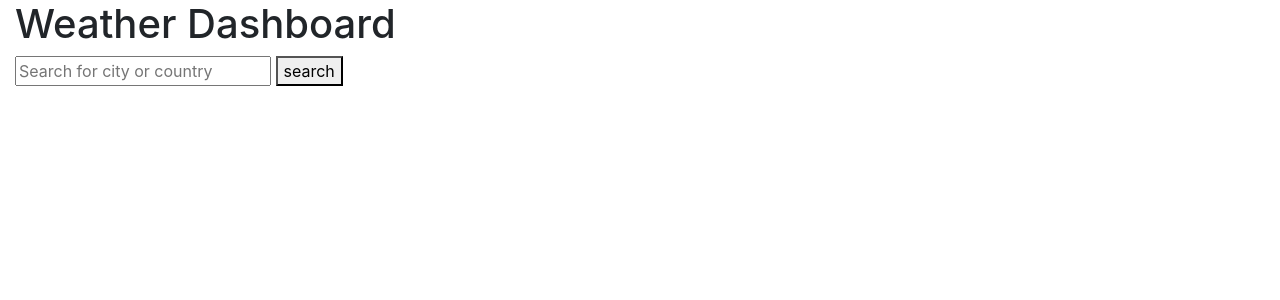
Repository: cobalt88/weather-forecast-app
Page: index.html
The author's editor kept a copy of each file at every save. The page is drawn from the files as they stood at one save, then again after the next save.
The browser window is 1280 px wide. The pictures show the whole page.
Some web libraries are served in a nearby version.

Above is the page before, as saved 2022-04-03 17:29:59.

After the next save:
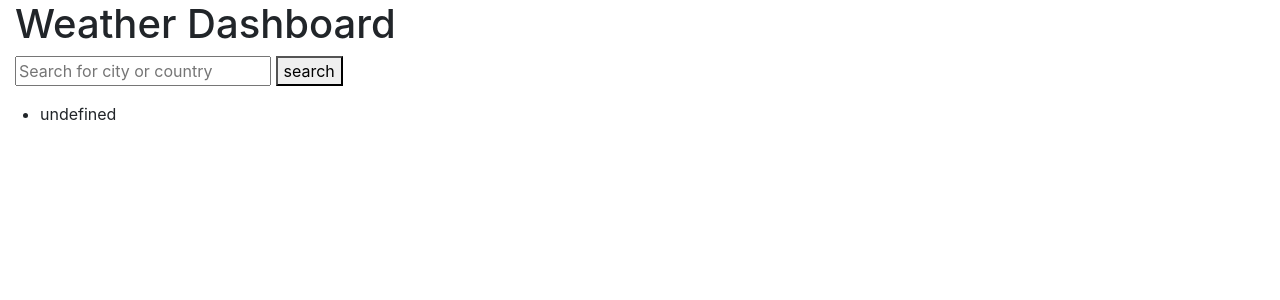
Saved 3 s later.
--- a/logic_2.js
+++ b/logic_2.js
@@ -9,6 +9,7 @@ var lon = '';
 var forecastContainer = document.getElementById('5-day-container');
 var currentDay = document.getElementById('current-day')
 var searchHistoryArr = [];
+var historyContainer = document.getElementById("history");
 
 
 function geoLocate() {
@@ -143,28 +144,19 @@ function loadStorage() {
 }
 
 function storage() {
- ;
-
-  // var y = 'searchHistory';
   var x = JSON.stringify(searchHistoryArr);
   localStorage.setItem('searchHistory', x);
-  // let tempArr = [];
-  // let history = JSON.parse(localStorage.getItem('searchHistory'))
-
-  // tempArr.push(history);
-
-  // tempArr.push(searchInput);
-  // tempArr.push(searchHistoryArr);
-  // tempArr.push(history);
-
-  // localStorage.setItem('searchHistory', tempArr.toString);
-  // let newData = JSON.parse(localStorage.getItem('searchHistory'));
-  // tempArr.push(newData);
-  // searchHistoryArr = tempArr;
   console.log(x);
 }
 
-
+function displayHistory() {
+  for(i=0;i<5;i++)
+  var text = searchHistoryArr[i];
+  historyContainer.innerHTML =
+  `
+      <li>${text}</li>
+  `
+}
 
 $("#search-button").on("click", function () {
   searchInput = $(this).siblings("#searchInput").val();
@@ -173,4 +165,7 @@ $("#search-button").on("click", function () {
   storage();
 });
 
-$(document).ready(loadStorage());
+$(document).ready(function(){
+  loadStorage()
+  displayHistory()
+} );
